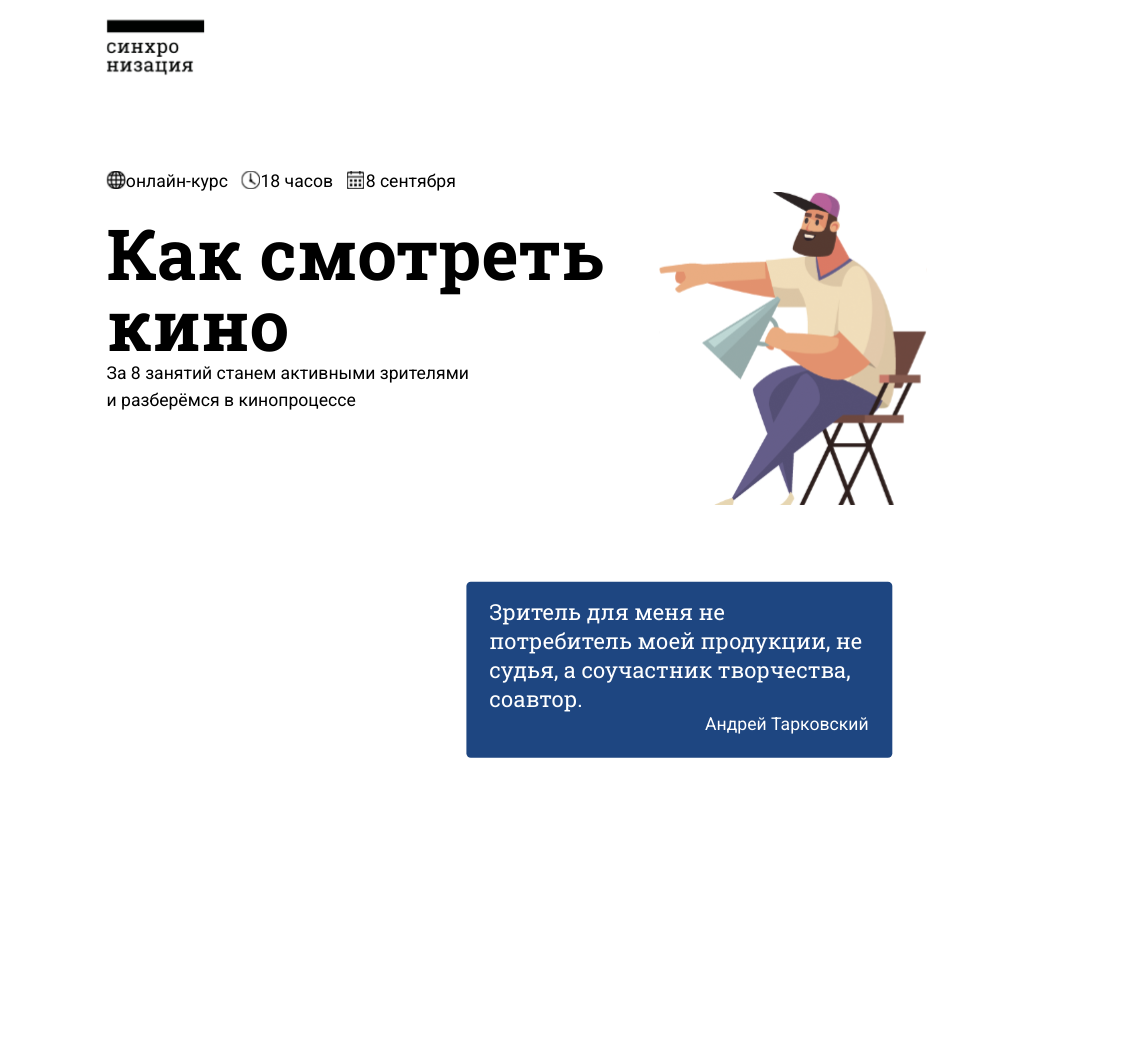
Repository: HeybetzadeQedim/task-2
Page: index.html
An editor plug-in stored every save of this project. The page is shown before and after a run of saves, followed by the edit.
The browser window is 1280 px wide. The pictures show the whole page, at 88% of full size.

Above is the page before, as saved 2023-10-04 16:04:47.

### index.html
<!DOCTYPE html>
<html lang="en">
  <head>
    <meta charset="UTF-8" />
    <meta name="viewport" content="width=device-width, initial-scale=1.0" />
    <title>Document</title>
    <link rel="stylesheet" href="./index.css" />
  </head>
  <body>
    <div class="main-container">
      <img src="./ımages/logo_mobile_black 1.svg" />
      <ul class="image-container">
        <li>
            <img src="./ımages/globe.svg" />
            <p>онлайн-курс</p>
        </li>
      <li>
        <img src="./ımages/img_135744.svg" />
        <p>18 часов</p>
      </li>

        <li>
            <img src="./ımages/calendar_2.svg" />
            <p>8 сентября</p>
        </li>
      </ul>
      <div class="flex-container">
        <div class="text-container">
          <h1>Как смотреть кино</h1>
          <p>
            За 8 занятий станем активными зрителями и разберёмся в кинопроцессе
          </p>
        </div>

          <img src="./ımages/noroot 1.svg" />

      </div>
      <div class="box">
        <p>
          Зритель для меня не потребитель моей продукции, не судья, а соучастник
          творчества, соавтор.
        </p>
        <p>Андрей Тарковский</p>
      </div>
    </div>
  </body>
</html>

### index.css
@import url("https://fonts.googleapis.com/css2?family=Roboto&family=Roboto+Slab:wght@400;700&display=swap");
* {
  margin: 0;
  padding: 0;
  box-sizing: border-box;
}
.main-container {
  padding: 21px 246px 173px 121px;
}
.main-container img:first-child {
  width: 112px;
  height: 66px;
}
.main-container .image-container {
  display: flex;
  margin-top: 100px;
}
.image-container li{
  margin-right: 15px;
  list-style-type: none;
  display: flex;
  align-items: center;
}
.image-container img:first-child {
  width: 22px;
  height: 21px;
}
.image-container img:nth-child(2) {
  width: 22px;
  height: 22px;
}
.image-container img:last-child {
  width: 20px;
  height: 22px;
}
.image-container p {
  color: #000;
  /* margin-left: 20px; */
  margin-top: 4px;
  font-family: Roboto;
  font-size: 20px;
  font-style: normal;
  font-weight: 400;
  line-height: 115%;
}
.flex-container {
  display: flex;
  justify-content: space-between;
}
h1 {
  width: 628px;
  margin-top: 29px;
  color: #000;
  font-family: Roboto Slab;
  font-size: 80px;
  font-style: normal;
  font-weight: 700;
  line-height: 101.385%;
}
.text-container p {
  width: 414px;
  color: #000;
  font-family: Roboto;
  font-size: 20px;
  font-style: normal;
  font-weight: 400;
  line-height: 150%;
}

.image-box img:first-child {
  width: 304px;
  height: 356px;
  /* margin-left: 140px; */
}
.box {
  width: 484px;
  height: 200px;
  margin: 87px 0 173px 409px;
  border-radius: 5px;
  background: #1e4681;
  padding: 19px 27px 68px 26px;
}
.box p:first-child {
  width: 431px;
  color: #fff;
  font-family: Roboto Slab;
  font-size: 25px;
  font-style: normal;
  font-weight: 400;
  line-height: 130%;
}
.box p:last-child {
  color: #fff;
  text-align: right;
  font-family: Roboto;
  font-size: 20px;
  font-style: normal;
  font-weight: 400;
  line-height: 130%;
}

/* tablet style */
@media screen and (max-width: 1024px) {
  .main-container {
    padding: 22px 0 70px 100px ;
  }
  .main-container img:first-child {
    width: 64.867px;
    height: 38.225px;
  }
  .image-container {
    margin-top: 56px;
  }
  .image-container img:first-child {
    width: 13px;
    height: 12px;
  }
  .image-container img:nth-child(2) {
    width: 13px;
    height: 13px;
  }
  .image-container img:last-child {
    width: 12px;
    height: 13px;
  }
  .image-container p {
    font-size: 12px;
  }
  h1 {
    font-size: 46px;
    width: 364px;
  }
  .text-container p {
    font-size: 12px;
  }
  .image-box img:first-child {
    width: 176px;
    height: 206px;
  }
  .box {
    width: 280px;
    height: 116px;
    border-radius: 3px;
    margin: 61px 0 100px 252px;
    padding: 11px 16px 4px 15px ;
  }
  .box p:first-child {
    width: 249px;
    font-size: 14px;
  }
  .box p:last-child {
    font-size: 12px;
    margin-top: 9px;
  }
}
/* mobile style */
@media screen and (max-width: 768px) {
  .main-container {
    padding: 36px 32px 75px 36px;
  }
  .main-container img:first-child {
    width: 52px;
    height: 31px;
  }
  .image-container {
    margin-top: 45px;
  }
  .image-container img:first-child {
    width: 10px;
    height: 10px;
  }
  .image-container img:nth-child(2) {
    width: 10px;
    height: 10px;
  }
  .image-container img:last-child {
    width: 9px;
    height: 10px;
  }
  .image-container p {
    font-size: 10px;
  }
  h1 {
    width: 293px;
    font-size: 37px;
  }
  .text-container p {
    font-size: 10px;
    width: 212px;
  }
  .image-box img:first-child {
    width: 142px;
    height: 166px;
  }
  .flex-container {
    flex-direction: column;
  }
  .box {
    width: 225px;
    height: 93px;
    margin: 48px 0 75px 38px;
  }
  .box p:first-child {
    width: 201px;
    font-size: 11px;
  }
  .box p:last-child {
    font-size: 10px;
  }
}

After the next 4 saves:
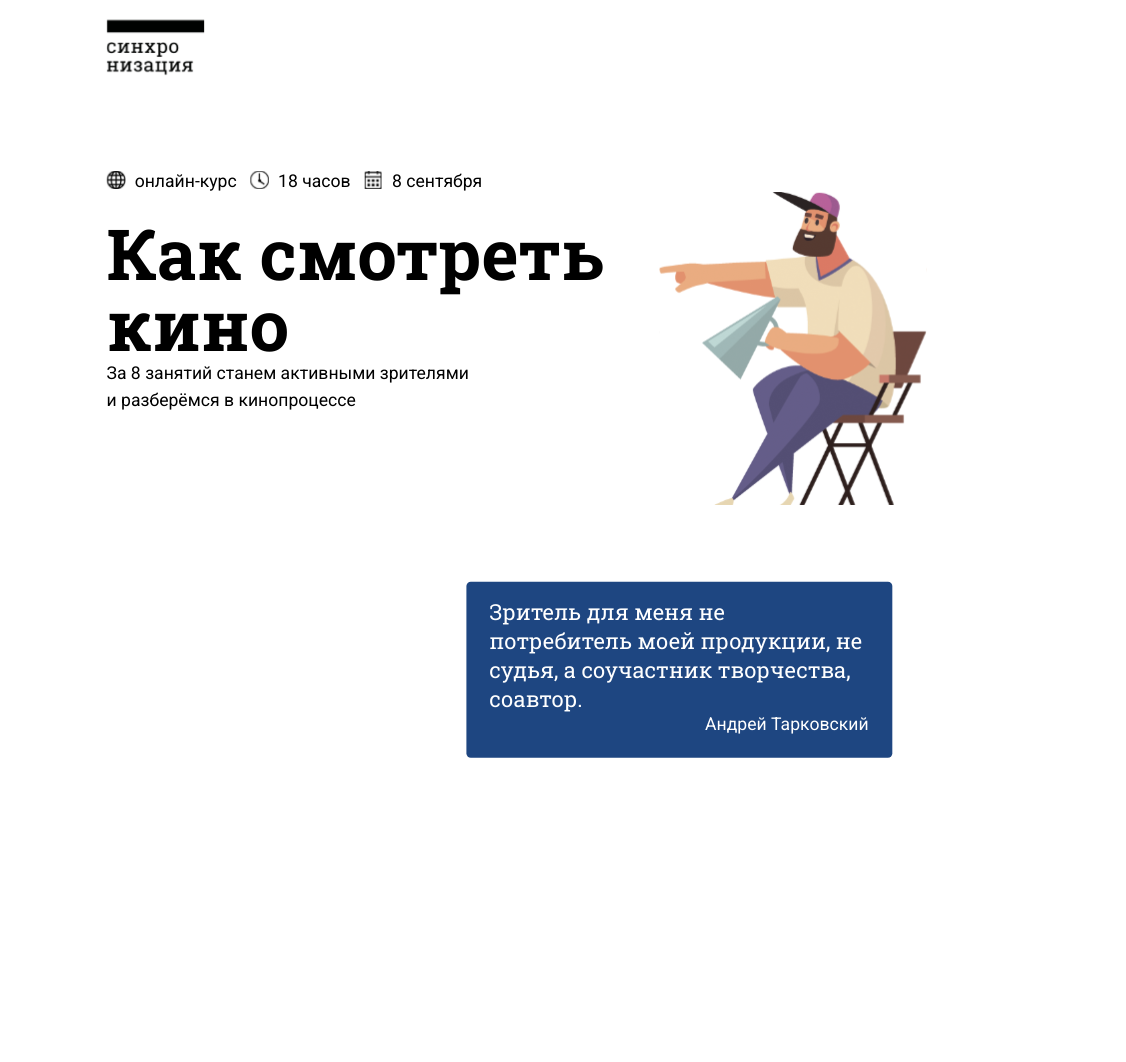
The 4 saves are shown as one change because they came seconds apart.
The last was saved 19 s later.
--- a/index.css
+++ b/index.css
@@ -35,7 +35,7 @@
 }
 .image-container p {
   color: #000;
-  /* margin-left: 20px; */
+  margin-left: 10px;
   margin-top: 4px;
   font-family: Roboto;
   font-size: 20px;
